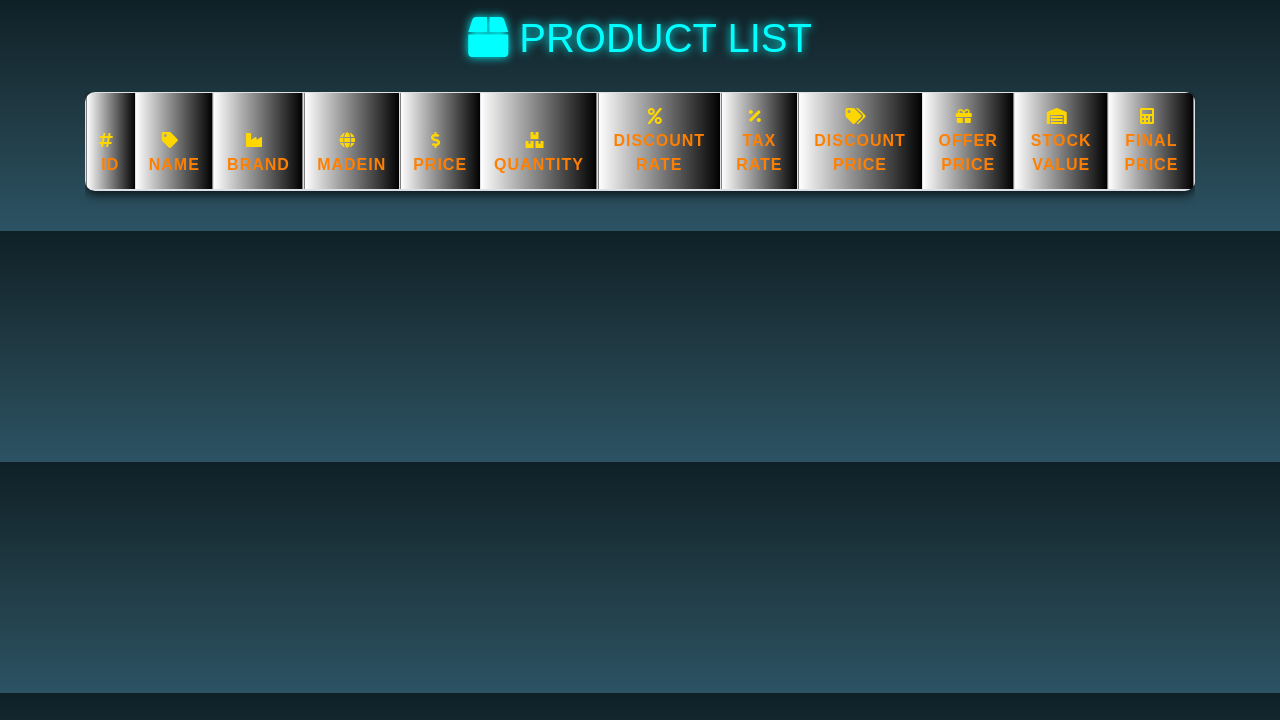
Repository: Ravi-kishor-09/Ravi-projects
Page: http://localhost/product-list
An editor plug-in stored every save of this project. The page is shown before and after the next save, followed by the edit.
The browser window is 1280 px wide. The pictures show the whole page.
The page is this project's Thymeleaf template; nobody is signed in. The template is opened directly, without the code that normally fills it, so the values that code supplies are empty.

Above is the page before, as saved 2024-12-20 19:24:50.

### spring1/src/main/resources/templates/product-list.html
<!DOCTYPE html>
<html lang="en">
<head>
    <meta charset="UTF-8">
    <meta name="viewport" content="width=device-width, initial-scale=1.0">
    <title>Product List</title>
    <!-- Bootstrap CSS -->
    <link href="https://maxcdn.bootstrapcdn.com/bootstrap/4.5.2/css/bootstrap.min.css" rel="stylesheet">
    <!-- Font Awesome for Icons -->
    <link href="https://cdnjs.cloudflare.com/ajax/libs/font-awesome/5.15.4/css/all.min.css" rel="stylesheet">
    <style>
        /* General Styles */
        body {
            background: linear-gradient(to bottom, #0f2027, #203a43, #2c5364);
            color: white;
            font-family: 'Arial', sans-serif;
        }
        h1 {
            color: aqua;
            margin-bottom: 20px;
            text-shadow: 0 0 10px aqua;
            animation: text-jump 2s infinite;
        }
        @keyframes text-jump {
            0%, 100% { transform: translateY(0); }
            50% { transform: translateY(-10px); }
        }

        /* Table Styles */
        table {
            background-color: rgba(0, 0, 0, 0.8);
            border-radius: 10px;
            overflow: hidden;
            box-shadow: 0 4px 10px rgba(0, 0, 0, 0.7);
        }
        thead th {
            background: linear-gradient(90deg, rgb(255, 255, 255), rgb(0, 0, 0));
            color: rgb(255, 128, 0);
            font-weight: bold;
            text-transform: uppercase;
            letter-spacing: 1px;
        }
        tbody td {
            color: #d4f3ef;
        }
        tbody tr {
            transition: background-color 0.3s, transform 0.3s;
        }
        tbody tr:hover {
            background: #333;
            transform: scale(1.02);
            cursor: pointer;
        }

        /* Column Icons */
        .icon {
            color: gold;
            margin-right: 8px;
        }

        /* Button and Interaction Styles */
        .btn {
            border: none;
            color: white;
            background: linear-gradient(90deg, #56ab2f, #a8e063);
            padding: 8px 15px;
            border-radius: 20px;
            transition: all 0.3s ease-in-out;
        }
        .btn:hover {
            background: linear-gradient(90deg, #a8e063, #56ab2f);
            box-shadow: 0 0 10px #a8e063;
        }

        /* Row Glow Effect */
        tbody tr:hover td {
            text-shadow: 0 0 8px #39ff14;
        }

        /* Responsive Styles */
        @media (max-width: 768px) {
            h1 {
                font-size: 1.5rem;
            }
            table {
                font-size: 0.9rem;
            }
        }
    </style>
</head>
<body>
    <div class="container text-center py-4">
        <h1><i class="fas fa-box"></i> PRODUCT LIST</h1>
        <div class="table-responsive">
            <table class="table table-bordered table-hover">
                <thead>
                    <tr>
                        <th><i class="fas fa-hashtag icon"></i>Id</th>
                        <th><i class="fas fa-tag icon"></i>Name</th>
                        <th><i class="fas fa-industry icon"></i>Brand</th>
                        <th><i class="fas fa-globe icon"></i>MadeIn</th>
                        <th><i class="fas fa-dollar-sign icon"></i>Price</th>
                        <th><i class="fas fa-boxes icon"></i>Quantity</th>
                        <th><i class="fas fa-percent icon"></i>Discount Rate</th>
                        <th><i class="fas fa-percentage icon"></i>Tax Rate</th>
                        <th><i class="fas fa-tags icon"></i>Discount Price</th>
                        <th><i class="fas fa-gift icon"></i>Offer Price</th>
                        <th><i class="fas fa-warehouse icon"></i>Stock Value</th>
                        <th><i class="fas fa-calculator icon"></i>Final Price</th>
                    </tr>
                </thead>
                <tbody>
                    <tr th:each="product : ${products}">
                        <td th:text="${product.Id}"></td>
                        <td th:text="${product.Name}"></td>
                        <td th:text="${product.Brand}"></td>
                        <td th:text="${product.MadeIn}"></td>
                        <td th:text="${product.price}"></td>
                        <td th:text="${product.Quantity}"></td>
                        <td th:text="${product.discountRate}"></td>
                        <td th:text="${product.taxRate}"></td>
                        <td th:text="${product.discountprice}"></td>
                        <td th:text="${product.offerprice}"></td>
                        <td th:text="${product.stockvalue}"></td>
                        <td th:text="${product.finalprice}"></td>
                    </tr>

                </tbody>
            </table>
        </div>
    </div>
</body>
</html>

After the next save:
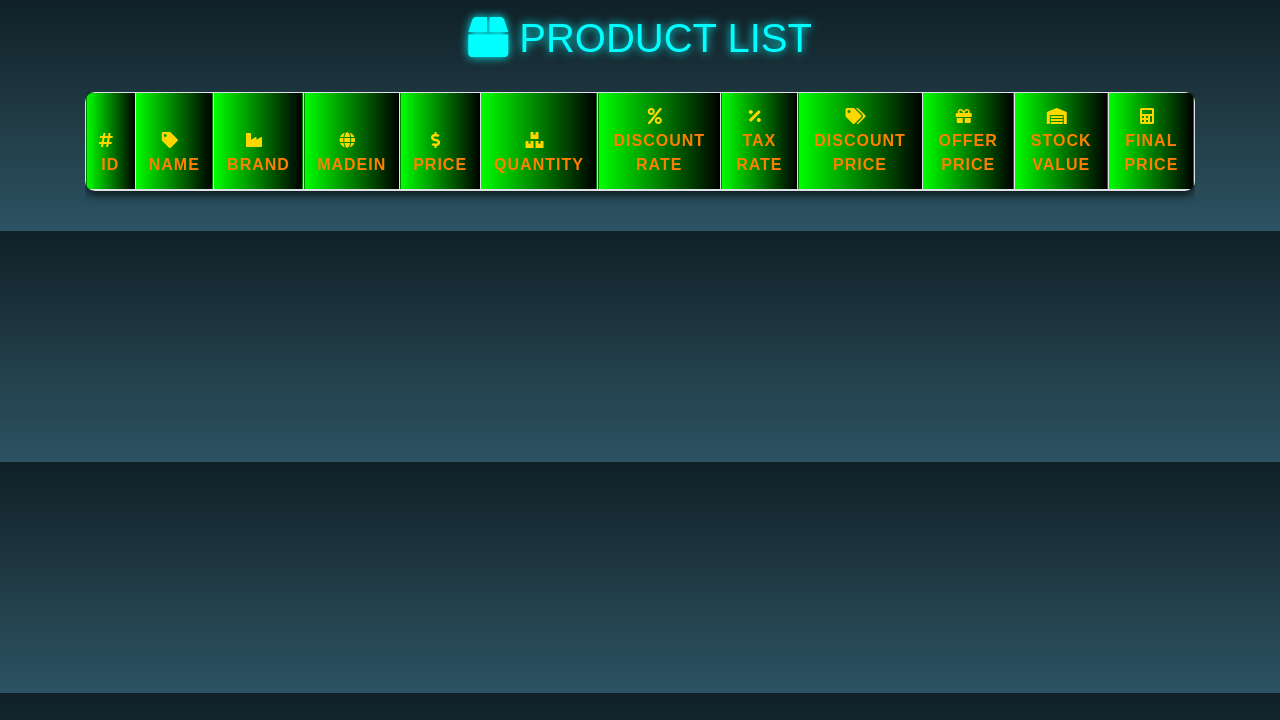
Saved 28 s later.
--- a/spring1/src/main/resources/templates/product-list.html
+++ b/spring1/src/main/resources/templates/product-list.html
@@ -34,7 +34,7 @@
             box-shadow: 0 4px 10px rgba(0, 0, 0, 0.7);
         }
         thead th {
-            background: linear-gradient(90deg, rgb(255, 255, 255), rgb(0, 0, 0));
+            background: linear-gradient(90deg, rgb(0, 255, 0), rgb(0, 0, 0));
             color: rgb(255, 128, 0);
             font-weight: bold;
             text-transform: uppercase;
